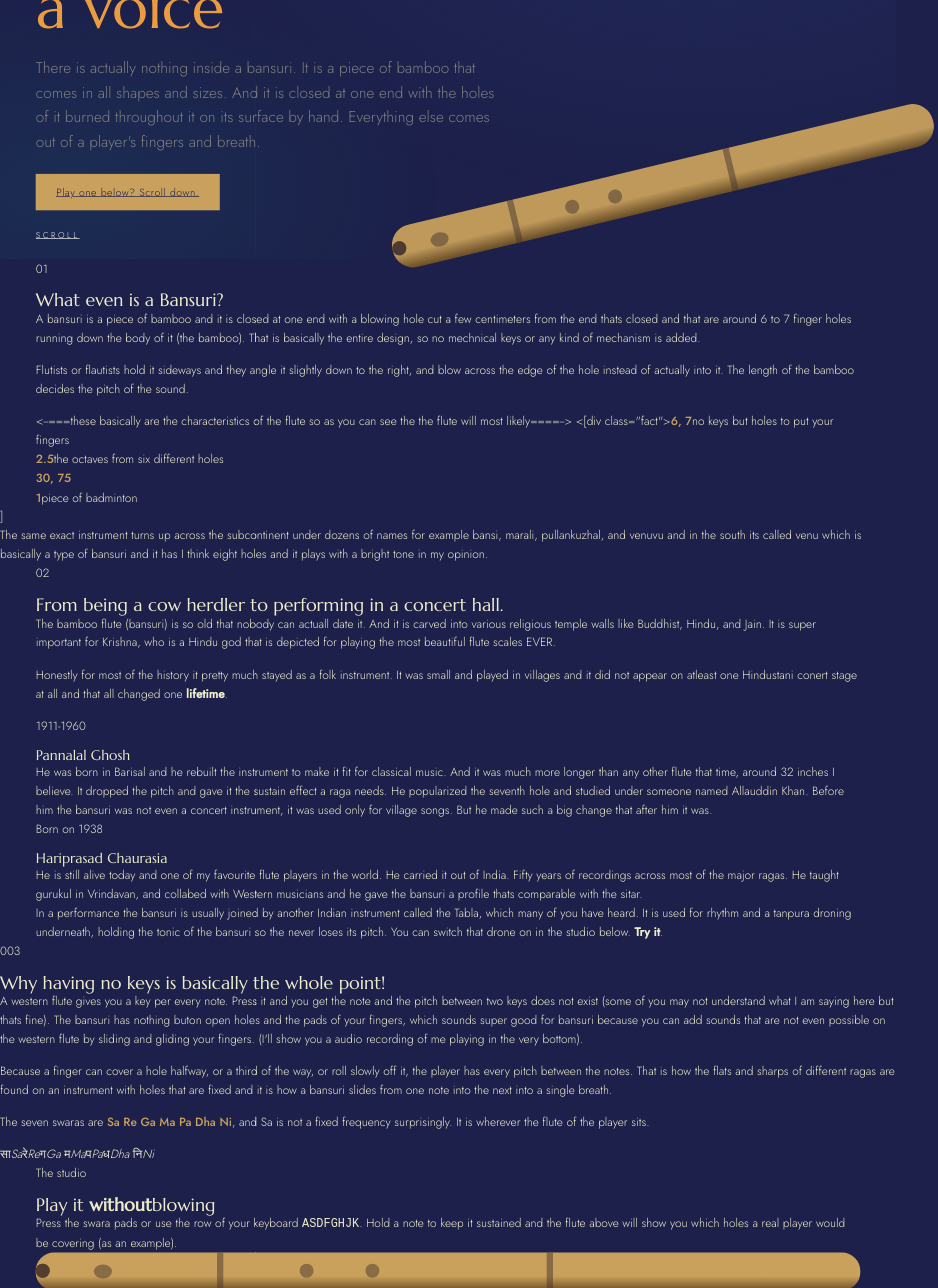
Repository: manayparikh1/Bansi
Page: index.html
The author's editor kept a copy of each file at every save. The page is drawn from the files as they stood at one save, then again after the next save.
The browser window is 1280 px wide. The page is 1340 px wide, so the pictures cover 1340 px, including what lies to the right of the window. The pictures show the part of the page from y = 368 to 2208 px (the page is 2658 px tall), at 70% of full size.

Above is the page before, as saved 2026-09-20 00:15:22.

After the next save:
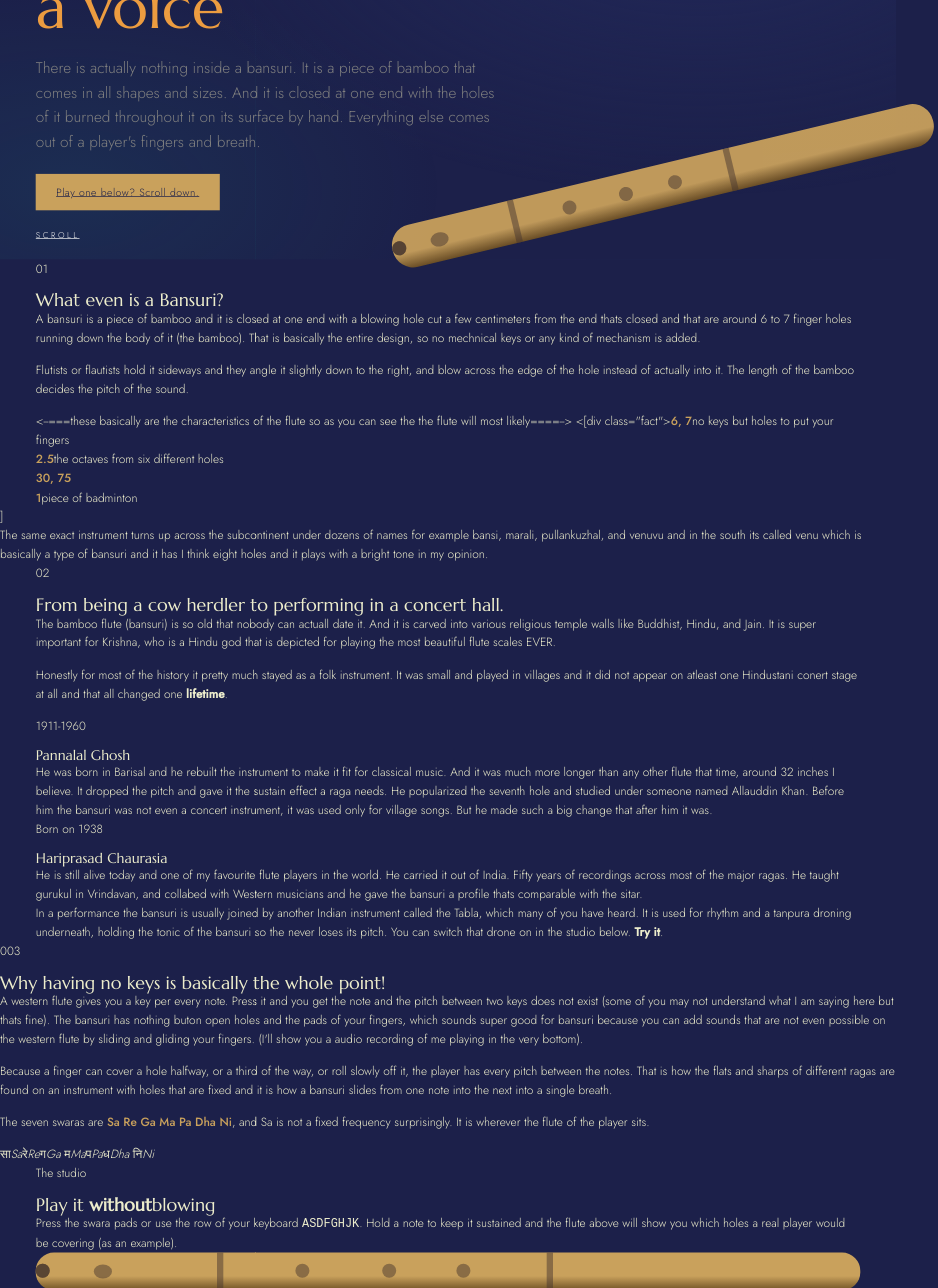
Saved 58 s later.
--- a/style.css
+++ b/style.css
@@ -265,13 +265,13 @@ h1 {
 
 /*starts from the fourth hole for some reason (most likely syntax error)*/
 .hole:nth-of-type(4) {
-    left: 32%;
+    left: 31.5%;
 }
 
 .hole:nth-of-type(5) {
-    left: 40%;
-
-    .hole:nth-of-type(6) {
-        left: 45%;
-    }
-}
+    left: 42%;
+}
+
+.hole:nth-of-type(6) {
+    left: 51%;
+}
